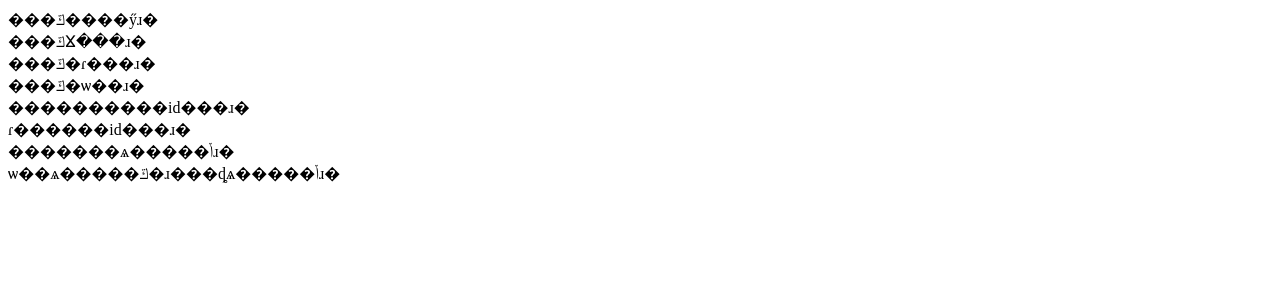
Repository: ZxxWs/P_M_learn
Page: http://localhost/
The author's editor kept a copy of each file at every save. The page is drawn from the files as they stood at one save, then again after the next save.
The browser window is 1280 px wide. The pictures show the whole page.
The page is run by PHP 8.4 with error messages shown; the project is at /var/www/html/. Queries for data that is not in the repository find no rows.

Above is the page before, as saved 2019-03-12 07:42:44.

### Mysql_learn/index.php
<?php

//MySQL在PHP中的方法：mysqli_function(value,value1....)

//************************************************************
//连接MySQL：
$host='localhost:3306';                    //可选，主机名|IP
$username='root';          //可选，MySQL用户名
$password;          //可选，MySQL密码
$dbname;            //可选，默认数据库
$port;                  //端口号
$socket;            //规定socket
$conn=mysqli_connect($host,$username);
//mysqli_close($link);//关闭与于数据库的连接
if($conn)
    echo "数据库连接成功";
echo "<br />";

//************************************************************
//创建数据库
$create="create database phpcreat";
$createdatabase=mysqli_query($conn, $create);
if($createdatabase)
    echo "数据库创建成功";
else{
    die('连接失败: ' . mysqli_error($conn));
}
echo "<br />";

//删除数据库
$drop="drop database phpcreat";
$drop=mysqli_query($conn, $drop);
if($drop)
    echo "数据库删除成功";
else{
    die('连接失败: ' . mysqli_error($conn));
}
echo "<br />";


//************************************************************
//选择数据库
$dbname="test";
$select=mysqli_select_db($conn, $dbname);
if($select)
    echo "数据库选择成功";
    else{
        die('连接失败: ' . mysqli_error($conn));
    }
echo "<br />";


//************************************************************
//创建表
$table="create table phptable(id int)";
$createtable=mysqli_query($conn, $table);
if($createtable)
    echo "创建表：“id”成功";
else{
    die('连接失败: ' . mysqli_error($conn));
}
echo "<br />";

//删除表
$droptable="drop table phptable";
$droptablea=mysqli_query($conn, $droptable);
if($droptablea)
    echo "删除表“id”成功";
echo "<br/>";


//***********************
// 设置编码，防止中文乱码
mysqli_query($conn , "set names utf8");
//***********************
//向表中插入数据————>students:name,num,class
$stuname="吴霜";
$stunum=1707004101;
$stuclass=17070144;
$sqldata="insert into students".
         "(name,num,class)".
         "values".
         "('$stuname','$stunum','$stuclass')";
$into=mysqli_query($conn, $sqldata);
if($into)
    echo "插入相关学生数据成功";
    echo "<br/>";


//***********************************************************
//读取数据库
$readdata='select name,num,class from students';
$selecttable=mysqli_select_db($conn, 'students');//选择数据库
if($selecttable)
    echo "选择学生数据库成功";
    echo "<tr>";
$readdata=mysqli_query($conn, $readdata);
if($into)
    echo "读取学生数据成功";
    echo "<br/>";

After the next save:
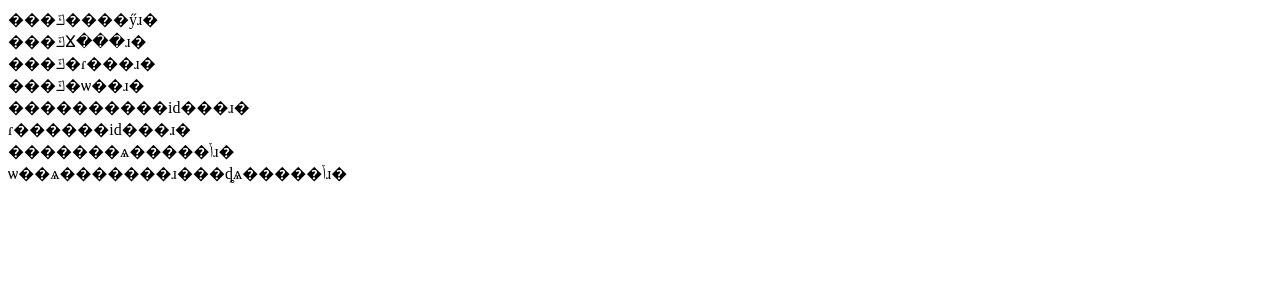
Saved 97 s later.
--- a/Mysql_learn/index.php
+++ b/Mysql_learn/index.php
@@ -90,9 +90,9 @@ if($into)
 //***********************************************************
 //读取数据库
 $readdata='select name,num,class from students';
-$selecttable=mysqli_select_db($conn, 'students');//选择数据库
+$selecttable=mysqli_select_db($conn, 'test');//选择表
 if($selecttable)
-    echo "选择学生数据库成功";
+    echo "选择学生表单成功";
     echo "<tr>";
 $readdata=mysqli_query($conn, $readdata);
 if($into)
